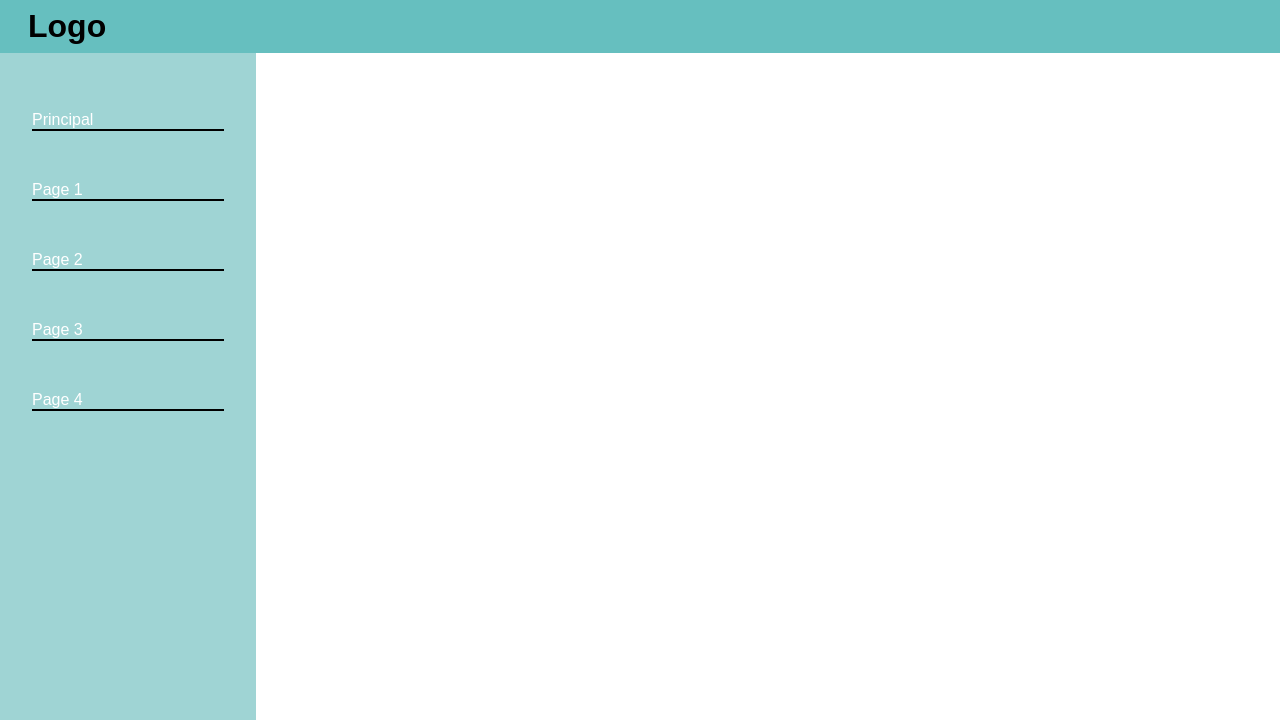
Repository: mateus-henrique-silva/Dashboard-pixel-facebook-react
Page: / (app in dashboard-pixel/)
An editor plug-in stored every save of this project. The page is shown before and after the next save, followed by the edit.
The browser window is 1280 px wide. The pictures show the whole page.
The project was rebuilt for these pictures with package versions that can differ from the ones it lists, and the page was loaded fresh each time.

Above is the page before, as saved 2022-07-07 17:53:43.

After the next save:
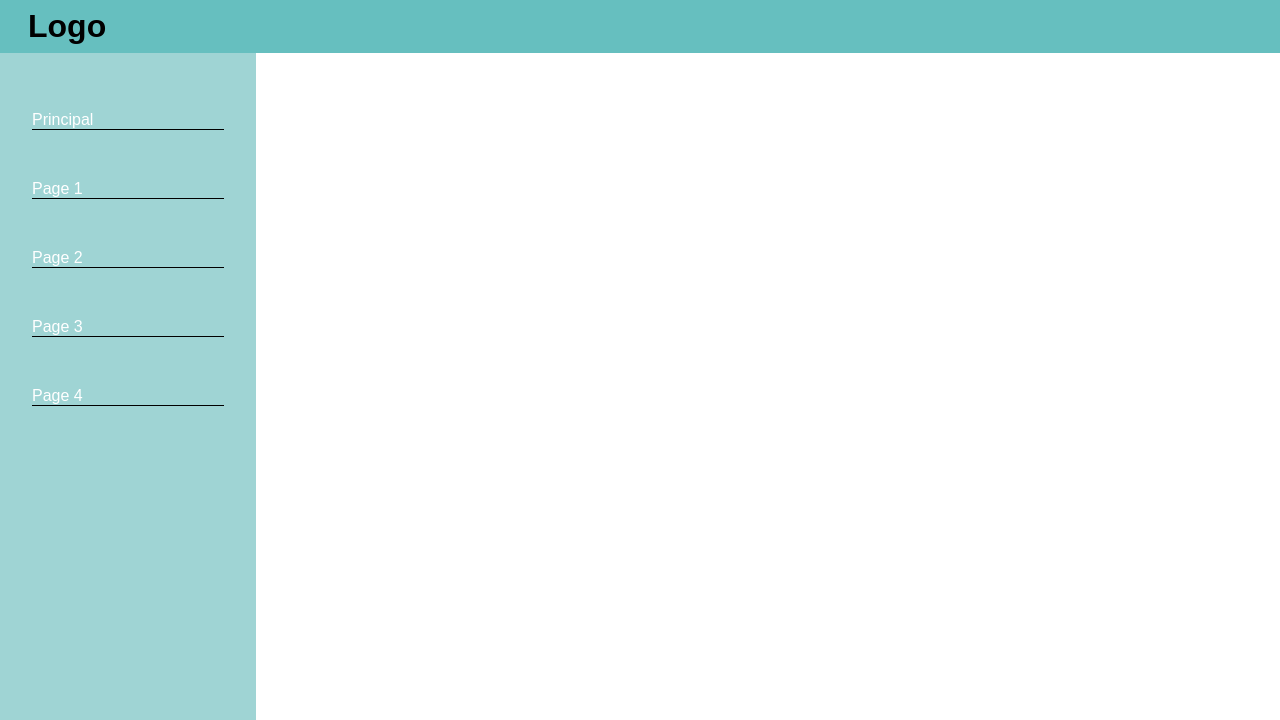
Saved 4 s later.
--- a/dashboard-pixel/src/Components/SideBar/SideBar.css
+++ b/dashboard-pixel/src/Components/SideBar/SideBar.css
@@ -12,7 +12,7 @@
 
 .Menu-tag div {
   margin-top:50px;
-  border-bottom: 2px solid ;}
+  border-bottom: 1px solid ;}
 
 .Menu-tag div a {
     text-decoration: none;
